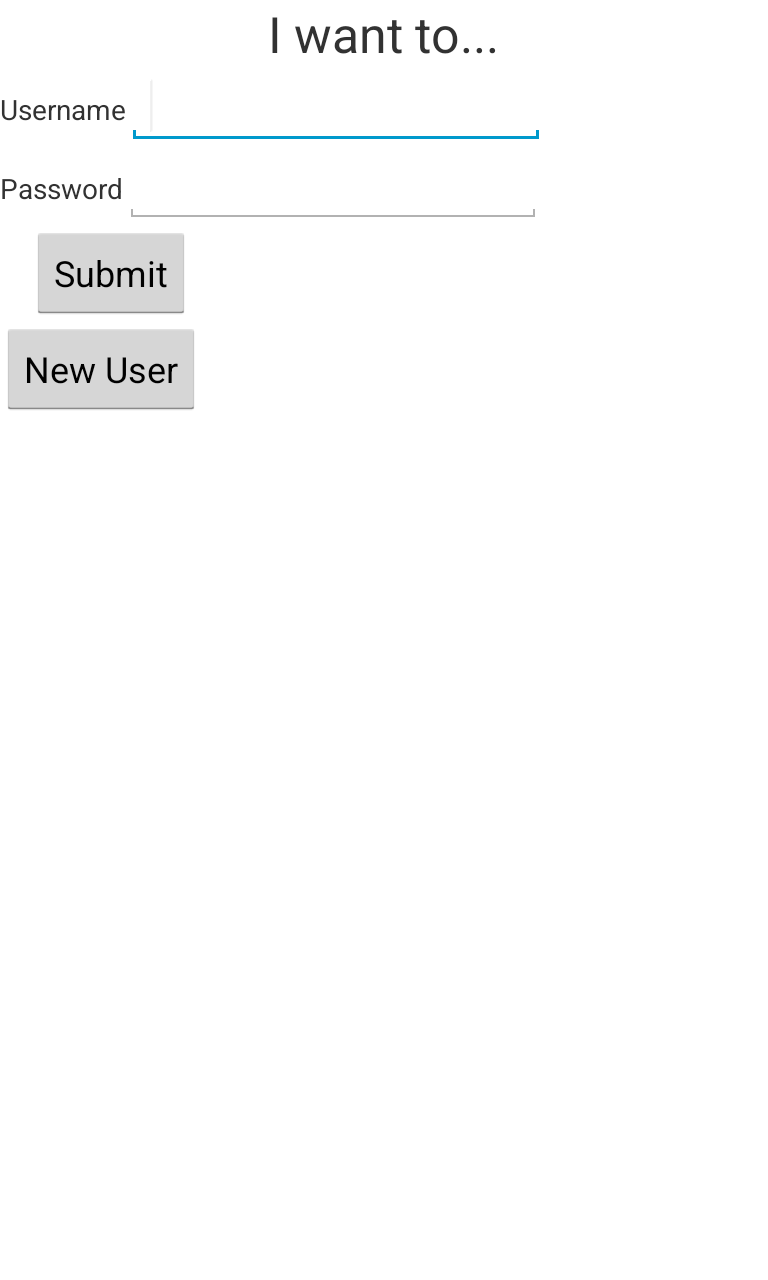
Repository: sbobra/women-startupweekend-sf
Layout: LaundryList/res/layout/activity_goal1.xml
The author's editor kept a copy of each file at every save. The layout is drawn from the files as they stood at one save, then again after a run of saves.
It is drawn on a 768 x 1280 px phone screen (xhdpi) without system bars, with theme AppTheme; the app's code is not run.

Above is the layout before, as saved 2013-09-15 04:10:14.

### LaundryList/res/layout/activity_goal1.xml
<LinearLayout xmlns:android="http://schemas.android.com/apk/res/android"
    xmlns:tools="http://schemas.android.com/tools"
    android:layout_width="match_parent"
    android:layout_height="match_parent"
    android:layout_gravity="center"
    android:orientation="vertical" >

    <TextView
        android:id="@+id/welcomeText"
        android:layout_gravity="center"
        android:layout_width="wrap_content"
        android:layout_height="wrap_content"
        android:textSize="25sp"
        android:text="I want to..." />

    <LinearLayout
        android:id="@+id/nameLayout"
        android:layout_width="wrap_content"
        android:layout_height="wrap_content"
        android:orientation="horizontal"
        android:visibility="gone" >

        <TextView
            android:id="@+id/textView3"
            android:layout_width="wrap_content"
            android:layout_height="wrap_content"
            android:text="Name" />

        <EditText
            android:id="@+id/nameTextBox"
            android:layout_width="wrap_content"
            android:layout_height="wrap_content"
            android:ems="10" />
    </LinearLayout>

    <LinearLayout
        android:layout_width="wrap_content"
        android:layout_height="wrap_content"
        android:orientation="horizontal" >

        <TextView
            android:id="@+id/textView2"
            android:layout_width="wrap_content"
            android:layout_height="wrap_content"
            android:text="Username" />

        <EditText
            android:id="@+id/usernameTextBox"
            android:layout_width="wrap_content"
            android:layout_height="wrap_content"
            android:ems="10"
            android:inputType="textEmailAddress" >

            <requestFocus />
        </EditText>
    </LinearLayout>

    <LinearLayout
        android:layout_width="wrap_content"
        android:layout_height="wrap_content"
        android:orientation="horizontal" >

        <TextView
            android:id="@+id/textView3"
            android:layout_width="wrap_content"
            android:layout_height="wrap_content"
            android:text="Password" />

        <EditText
            android:id="@+id/passwordTextBox"
            android:layout_width="wrap_content"
            android:layout_height="wrap_content"
            android:ems="10"
            android:inputType="textPassword" />
    </LinearLayout>

    <Button
        android:id="@+id/loginButton"
        android:layout_width="wrap_content"
        android:layout_height="wrap_content"
        android:layout_marginLeft="15dp"
        android:text="Submit" />

    <Button
        android:id="@+id/newAcctButton"
        android:layout_width="wrap_content"
        android:layout_height="wrap_content"
        android:text="New User" />

</LinearLayout>

Loaded but not shown: LaundryList/res/values/styles.xml (common file); LaundryList/res/values-v11/styles.xml (common file); LaundryList/res/values-v14/styles.xml (common file)

After the next 2 saves:
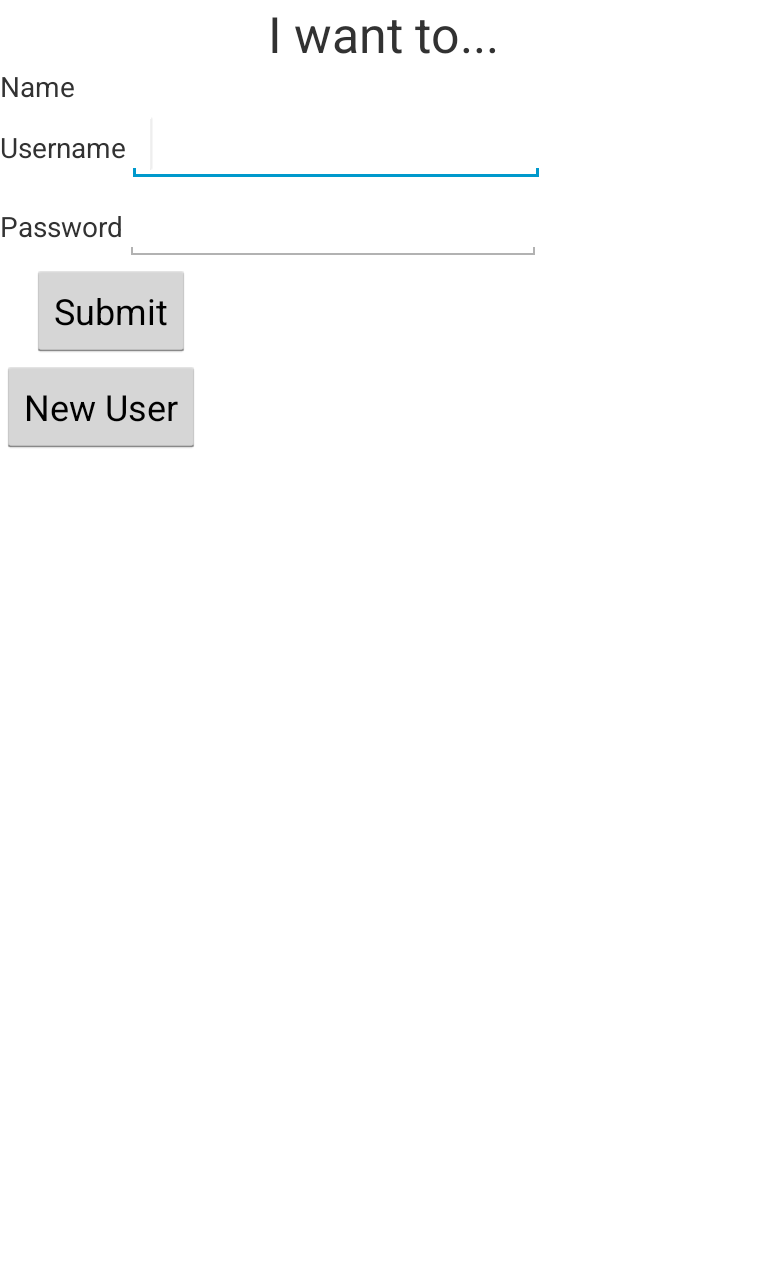
The 2 saves are shown as one change because they came seconds apart.
The last was saved 20 s later.
--- a/LaundryList/res/layout/activity_goal1.xml
+++ b/LaundryList/res/layout/activity_goal1.xml
@@ -7,31 +7,17 @@
 
     <TextView
         android:id="@+id/welcomeText"
-        android:layout_gravity="center"
         android:layout_width="wrap_content"
         android:layout_height="wrap_content"
-        android:textSize="25sp"
-        android:text="I want to..." />
+        android:layout_gravity="center"
+        android:text="I want to..."
+        android:textSize="25sp" />
 
-    <LinearLayout
-        android:id="@+id/nameLayout"
+    <TextView
+        android:id="@+id/textView3"
         android:layout_width="wrap_content"
         android:layout_height="wrap_content"
-        android:orientation="horizontal"
-        android:visibility="gone" >
-
-        <TextView
-            android:id="@+id/textView3"
-            android:layout_width="wrap_content"
-            android:layout_height="wrap_content"
-            android:text="Name" />
-
-        <EditText
-            android:id="@+id/nameTextBox"
-            android:layout_width="wrap_content"
-            android:layout_height="wrap_content"
-            android:ems="10" />
-    </LinearLayout>
+        android:text="Name" />
 
     <LinearLayout
         android:layout_width="wrap_content"
